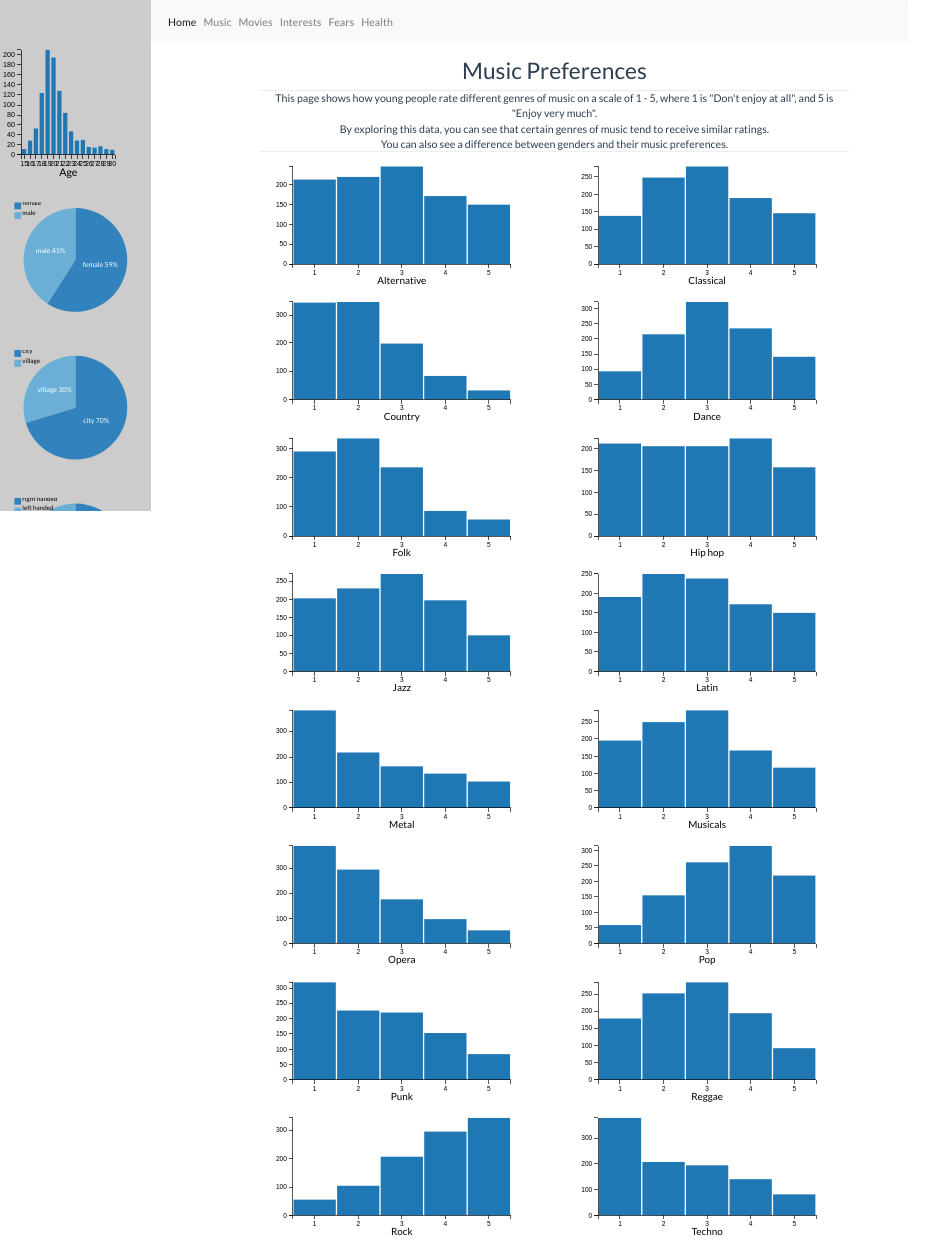
Repository: BrendanMolloy/milestone2
Page: music.html
The author's editor kept a record of every edit. The page is drawn from the files as they stood at one moment, then again after the next edit.
The browser window is 1280 px wide. The page is 1327 px wide, so the pictures cover 1327 px, including what lies to the right of the window. The pictures show the whole page, at 71% of full size.

Above is the page before.

After the next edit:
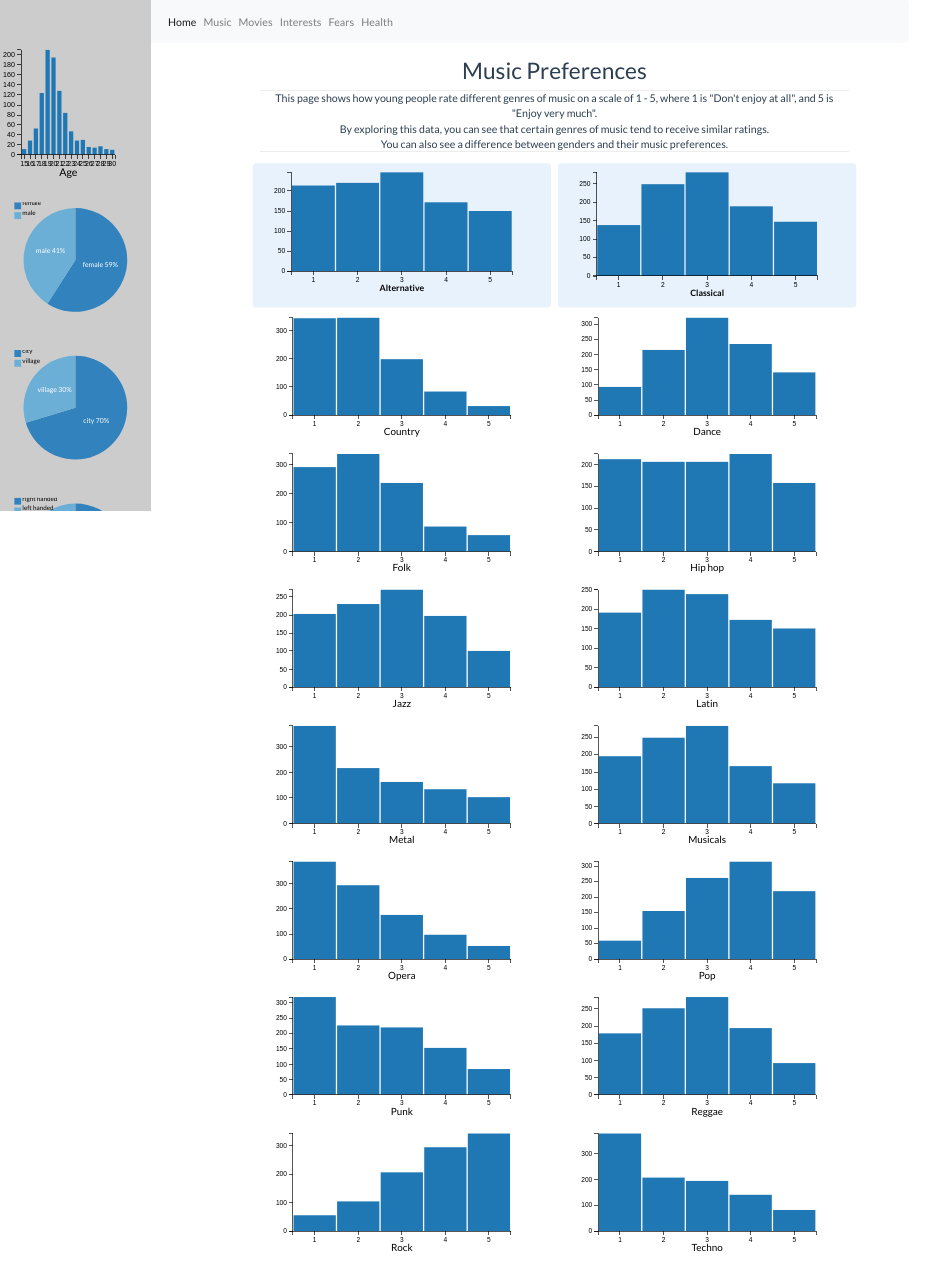
The edit:
--- a/music.html
+++ b/music.html
@@ -69,8 +69,8 @@
       <br> By exploring this data, you can see that certain genres of music tend to receive similar ratings.
       <br> You can also see a difference between genders and their music preferences.</p>
       <div class="row">
-        <div id="alternative" class="col-sm-12 col-m-6 col-lg-6"></div>
-        <div id="classical" class="col-sm-12 col-m-6 col-lg-6"></div>
+        <div id="alternative" class="col-sm-12 col-m-6 col-lg-6 badge"></div>
+        <div id="classical" class="col-sm-12 col-m-6 col-lg-6 badge"></div>
         <div id="country" class="col-sm-12 col-m-6 col-lg-6"></div>
         <div id="dance" class="col-sm-12 col-m-6 col-lg-6"></div>
         <div id="folk" class="col-sm-12 col-m-6 col-lg-6"></div>
